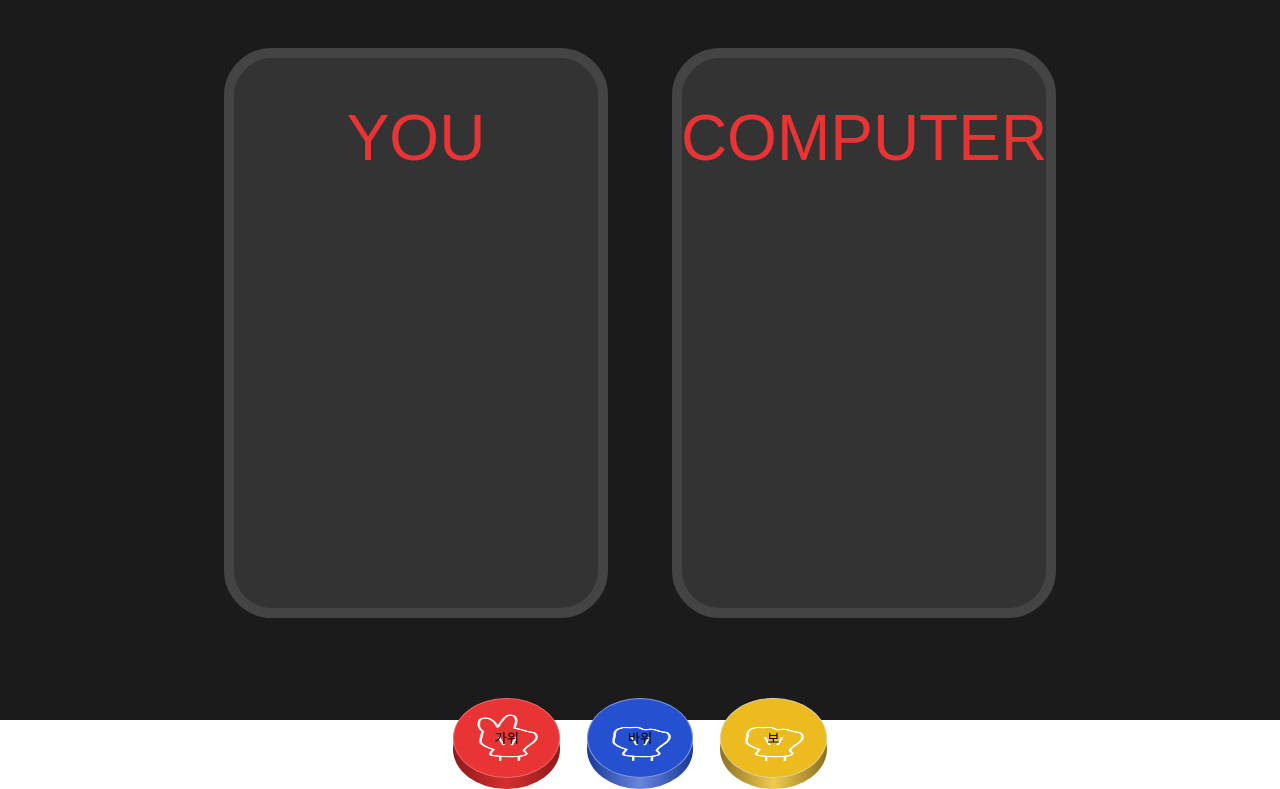
Repository: KIMMIHYE12/classComponent
Page: /
An editor plug-in stored every save of this project. The page is shown before and after the next save, followed by the edit.
The browser window is 1280 px wide. The pictures show the whole page.
Some web fonts or font styles are not loaded; a fallback is used. The project was rebuilt for these pictures with package versions that can differ from the ones it lists, and the page was loaded fresh each time.

Above is the page before, as saved 2024-03-19 23:52:42.

After the next save:
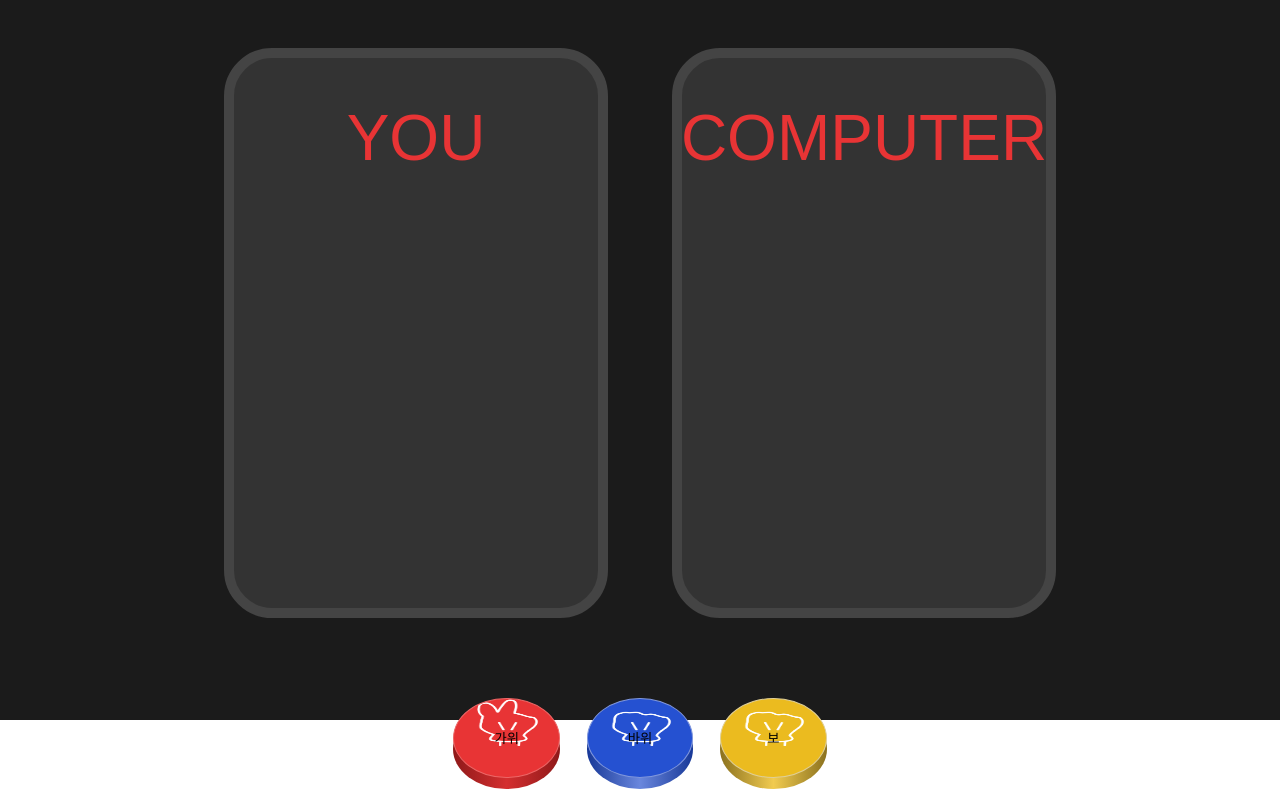
Saved 30 s later.
--- a/src/App.css
+++ b/src/App.css
@@ -89,7 +89,7 @@ img {
   background-image: url(/public/images/btn_rock.png);
   background-repeat: no-repeat;
   background-size: 80% 60%;
-  background-position: center;
+  background-position: top center;
 }
 
 .btn_wrap button.scissors {
